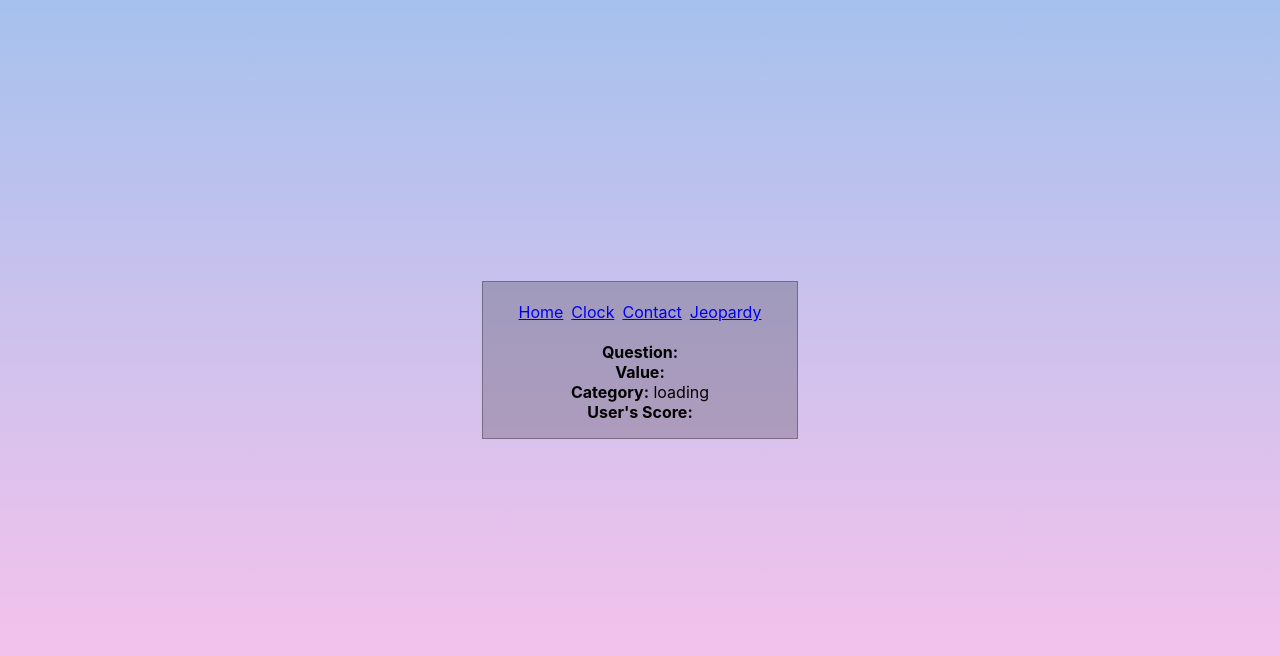
Repository: marcusmerrick/jeopardy
Page: /jeopardy
These files come from the project's save history. The page is drawn as it stood at one moment and after the next save; the edit follows.
The browser window is 1280 px wide. The pictures show the whole page.
The page's requests for data from a server got no answer. The project was rebuilt for these pictures with package versions that can differ from the ones it lists, and the page was loaded fresh each time. No one was signed in, and anything a server would have sent is missing. Also part of the build but not shown: src/Components/Welcome/Welcome.js, src/Components/Clocks/Clock.js, src/Components/Contact/Contact.js.

Above is the page before, as saved 2020-08-28 10:50:37.

After the next save:
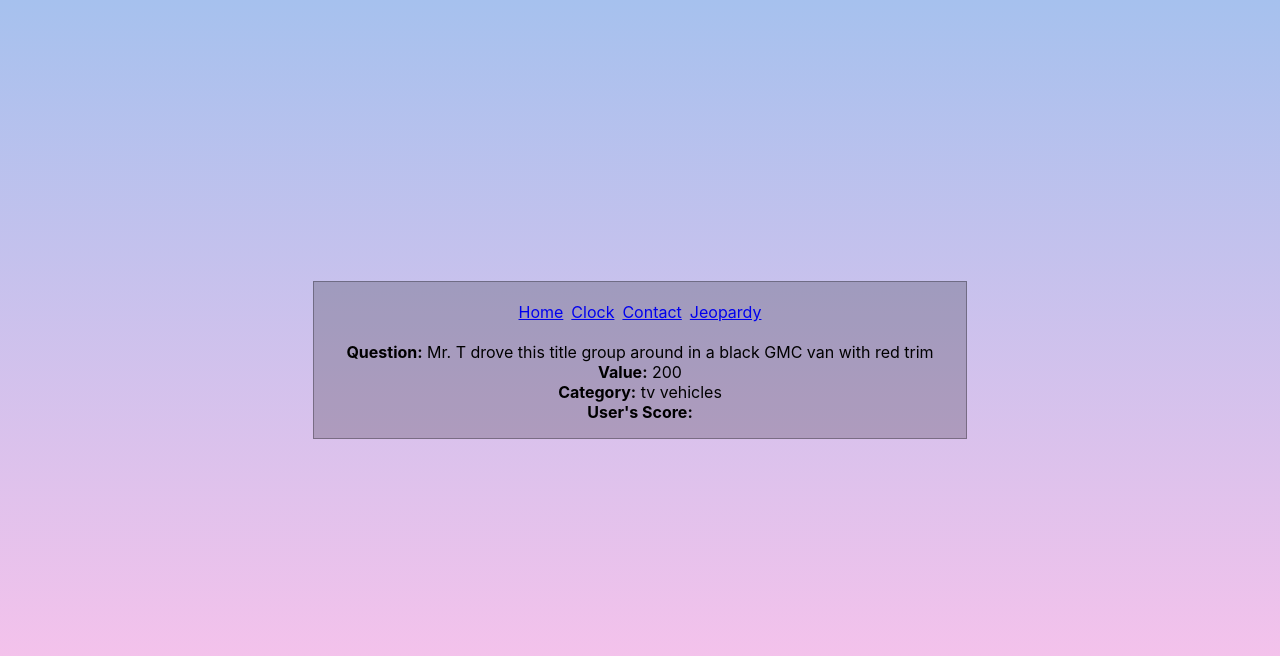
Saved 7 min 4 s later.
--- a/src/Components/jeopardy/Jeopardy.js
+++ b/src/Components/jeopardy/Jeopardy.js
@@ -7,8 +7,24 @@ class Jeopardy extends Component {
     super(props);
     this.client = new JeopardyService();
     this.state = {
-      data: {
-
+      data:   {
+        "id": 27015,
+        "answer": "The A-Team",
+        "question": "Mr. T drove this title group around in a black GMC van with red trim",
+        "value": 200,
+        "airdate": "1997-09-29T12:00:00.000Z",
+        "created_at": "2014-02-11T23:01:57.371Z",
+        "updated_at": "2014-02-11T23:01:57.371Z",
+        "category_id": 2994,
+        "game_id": null,
+        "invalid_count": null,
+        "category": {
+          "id": 2994,
+          "title": "tv vehicles",
+          "created_at": "2014-02-11T23:01:57.180Z",
+          "updated_at": "2014-02-11T23:01:57.180Z",
+          "clues_count": 5
+        }
       },
       score: 0
     }
